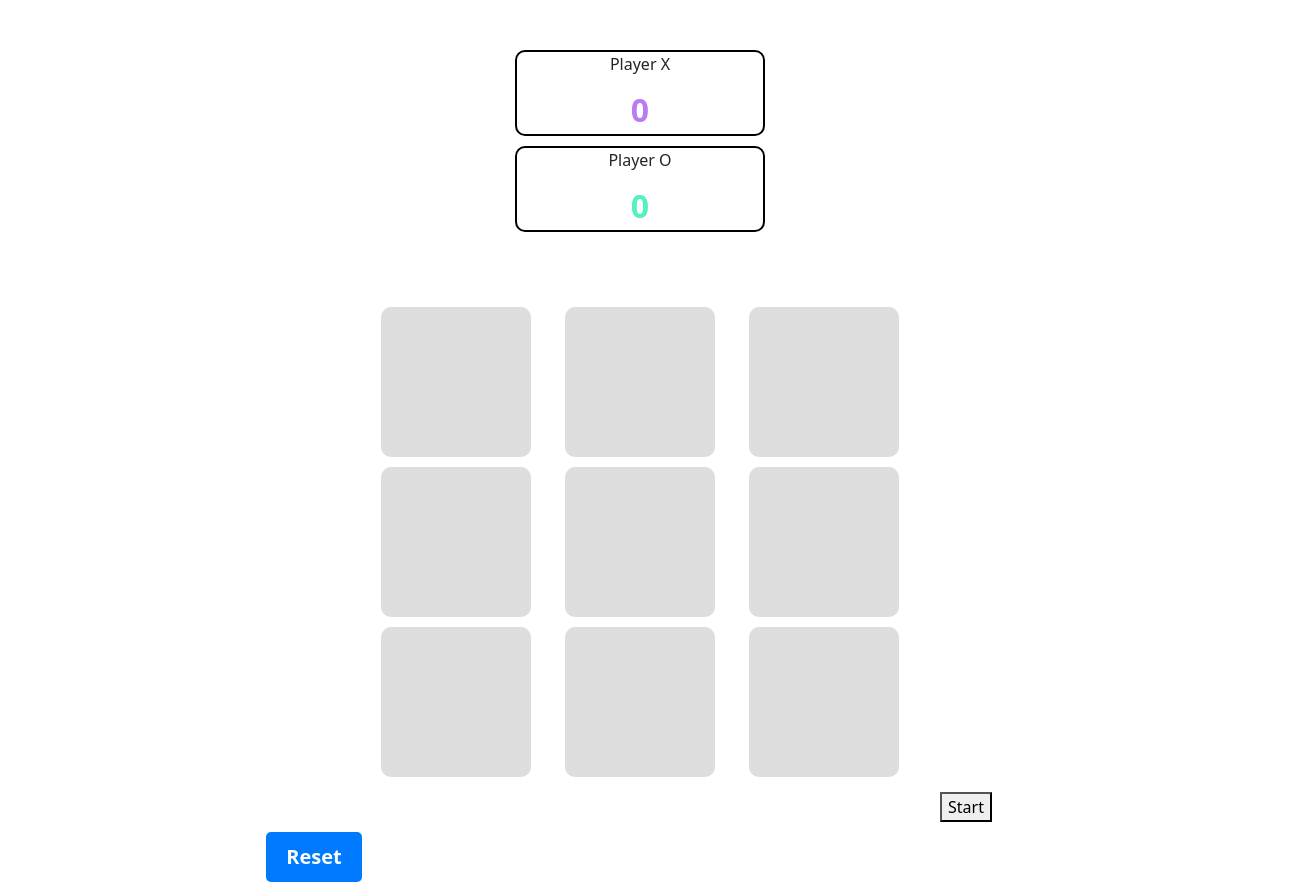
Repository: woodsdeshe/Tic-Tac-Toe
Page: index.html
An editor plug-in stored every save of this project. The page is shown before and after the next save, followed by the edit.
The browser window is 1280 px wide. The page is 1292 px wide, so the pictures cover 1292 px, including what lies to the right of the window. The pictures show the whole page.

Above is the page before, as saved 2023-03-31 21:12:33.

After the next save:
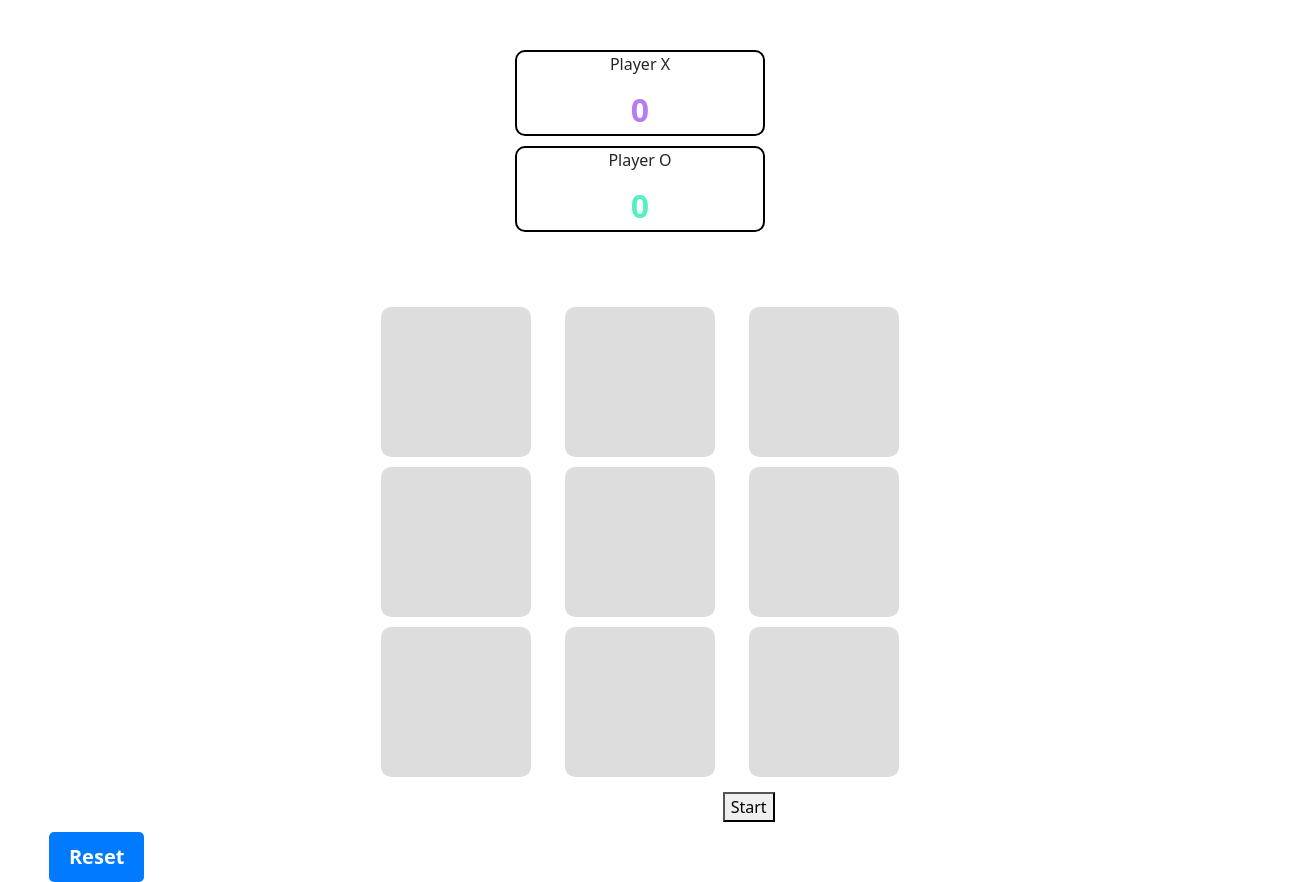
Saved 14 s later.
--- a/index.html
+++ b/index.html
@@ -63,7 +63,7 @@
       </div>
       </div>
       <div class="row">
-        <div class="col">
+        <div class="col-2">
           <div class="reset">
             <button class="reset-btn">Reset</button>
           </div>
